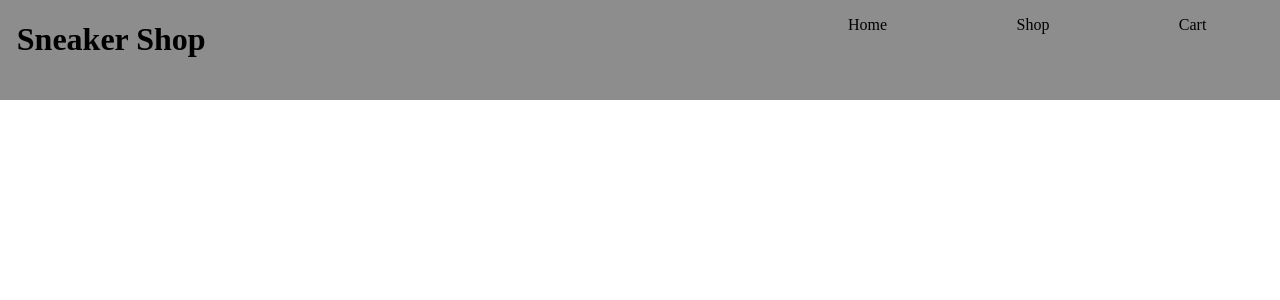
Repository: Siphamandla201/SneakerEcom
Page: products.html
The author's editor kept a copy of each file at every save. The page is drawn from the files as they stood at one save, then again after the next save.
The browser window is 1280 px wide. The pictures show the whole page.

Above is the page before, as saved 2023-08-17 16:17:08.

### products.html
<!DOCTYPE html>
<html lang="en">
<head>
    <meta charset="UTF-8">
    <meta name="viewport" content="width=device-width, initial-scale=1.0">
    <title>Document</title>
    <style>
        body {
            margin: 0%;
            padding: 0%;
            box-sizing: border-box;
            overflow-x: hidden;
        }

        header {
            height: 100px;
            width: 100vw;
            display: flex;
            justify-content: space-around;
            background-color:#8d8d8d;
            gap: 40vw;
            position: fixed;
        }

        nav {
            width: 40%;
            display: flex;
            justify-content: space-around;
        }

        ul {
            width: 70%;
            display: flex;
            justify-content: space-between;
            align-items: center;

        }

        li {
            list-style: none;
            margin-top: -50px;
        }

        li a {
            text-decoration: none;
            color: black;
            font-size: 1em;
        }

        main {
            margin-top: ;
        }

        .sneakers {
            display: flex;
            flex-wrap: wrap;
            justify-content: space-between;
            padding: 0px 50px;
        }

        .sneaker {
            width: 20%;
            height: 350px;
            border: 1px solid #ccc;
            padding: 10px;
            margin: 10px;
        }

        .sneaker img {
            width: 80%;
            height: 261.9px !important;
            display: block;
            margin: 0px auto 10px;
            border: 1px solid black;
        }

        .sneaker h3 {
            font-size: 1.2em;
            margin: 0;
        }

        .sneaker h4 {
            font-size: 1em;
            color:#8d8d8d;
            margin: 0;
        }

        .sneaker p {
            margin: 5px 0;
            font-size: 1.1em;
            font-weight: 600;
        }

    </style>
</head>
<body>
    <header>
        <h1>
            Sneaker Shop
        </h1>
        <nav>
            <ul>
                <li>
                    <a href="./index.html" target="_blank">Home</a>
                </li>
                <li>
                    <a href="" target="_blank">Shop</a>
                </li>
                <li>
                    <a href="" target="_blank">Cart</a>
                </li>
            </ul>
        </nav>
    </header>
    <main>
        <div class="sneakers">
            <!-- SNEAKERS DISPLAYED HERE -->
        </div>
    </main>
    <script src="main.js"></script>
</body>
</html>

### main.js
fetch('./index.php')
.then((res) => res.json())
.then(response => {
    console.log(response);
    let output = '';
    // let sneakerOutput = '';
    for(let i in response) {
        output += `
                    <tr>
                        <td>${response[i].id}</td>
                        <td>${response[i].brand}</td>
                        <td>${response[i].model}</td>
                        <td>$${response[i].price}</td>
                        <td class="del">Delete</td>
                        <td class="edit">Edit</td>
                    </tr>
        `;

        // sneakerOutput += `
        //             <div class="sneaker">
        //                     <img src="${response[i].imageUrl}" alt="${response[i].brand} ${response[i].model}" width="200">
        //                     <h3>${response[i].brand} ${response[i].model}</h3>
        //                     <p>Price: $${response[i].price}</p>
        //             </div>
        // `;
    }

     // For index.html
    if (document.querySelector('tbody')) {
        document.querySelector('tbody').innerHTML = output;
    }

    // For products.html
    if (document.querySelector('.sneakers')) {
        DisplayAllSneakers(response);
    }

}).catch(error => console.error(error));


function DisplayAllSneakers(response) { // Accept the response as a parameter
    // document.querySelector('.sneakers').innerHTML = ''; // Clear any existing content
    let output = '';

    for (let sneaker in response) {
        output += `
            <div class="sneaker">
                <img src="${response[sneaker].imageUrl}" alt="${response[sneaker].brand} ${response[sneaker].model}" width="200">
                <h3>${response[sneaker].model}</h3>
                <h4>${response[sneaker].brand}</h4>
                <p>Price: $${response[sneaker].price}</p>
            </div>
        `;
    }
    document.querySelector('.sneakers').innerHTML = output;
}

After the next save:
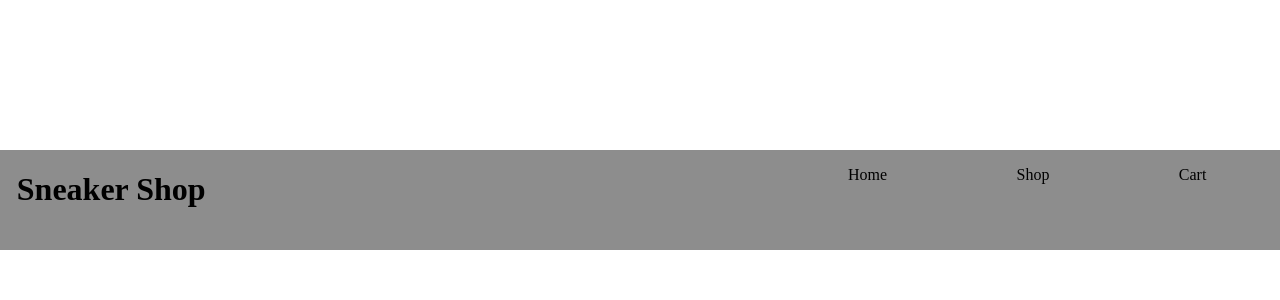
Saved 4 s later.
--- a/products.html
+++ b/products.html
@@ -48,7 +48,7 @@
         }
 
         main {
-            margin-top: ;
+            margin-top: 150px;
         }
 
         .sneakers {

After the 3 saves that followed:
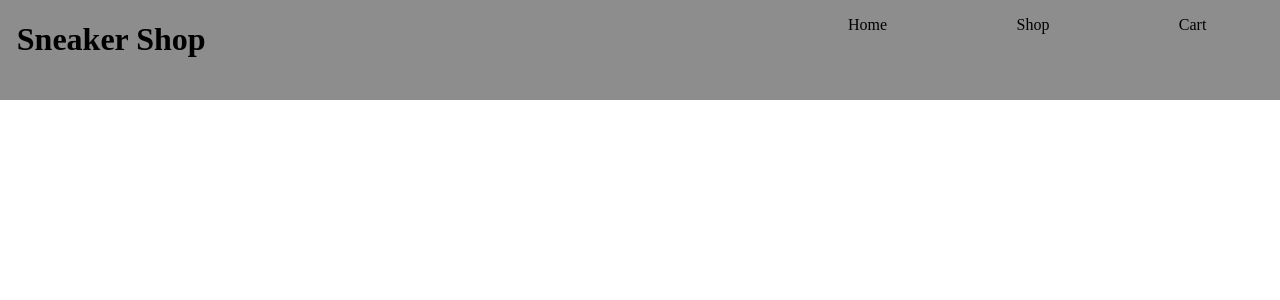
The 3 saves are shown as one change because they came seconds apart.
The last was saved 25 s later.
--- a/products.html
+++ b/products.html
@@ -20,6 +20,7 @@
             background-color:#8d8d8d;
             gap: 40vw;
             position: fixed;
+            top: 0%;
         }
 
         nav {
